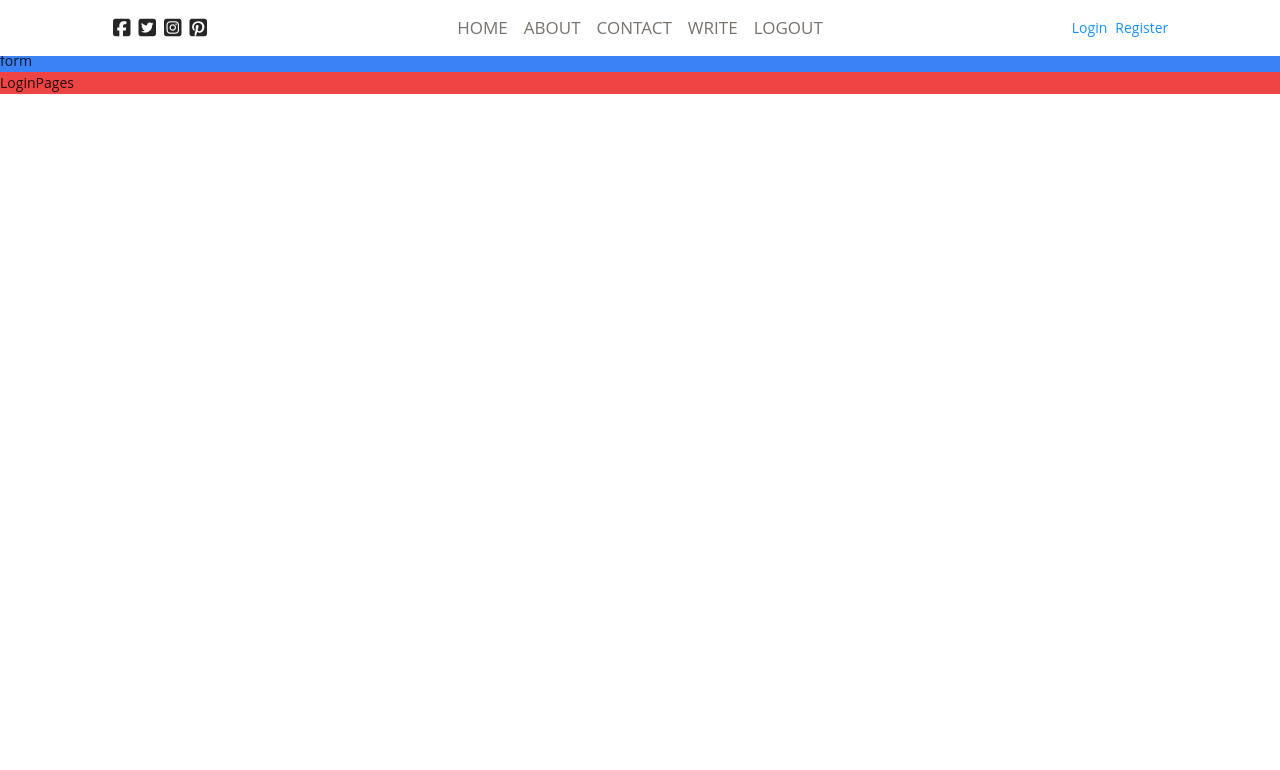
Repository: truongnguyenuit/Blog_App_ver2
Page: /login (app in client/)
An editor plug-in stored every save of this project. The page is shown before and after the next save, followed by the edit.
The browser window is 1280 px wide. The pictures show the whole page.
Some web libraries are served in a nearby version. The project was rebuilt for these pictures with package versions that can differ from the ones it lists, and the page was loaded fresh each time. Also part of the build but not shown: client/src/components/AboutComponent.js, client/src/pages/HomePage.js, client/src/pages/RegisterPage.js.

Above is the page before, as saved 2022-07-18 11:12:42.

### client/public/index.html
<!DOCTYPE html>
<html lang="en">
  <head>

    <meta charset="utf-8" />
    <meta name="viewport" content="width=device-width, initial-scale=1" />
    <meta
      name="description"
      content="Web site created using create-react-app"
    />
    <style>
      *{
        font-family: 'Open Sans', sans-serif;
        margin: 0;
      }
    </style>
    <script src="https://kit.fontawesome.com/cd2089affa.js" crossorigin="anonymous"></script>
    <title>Blog App</title>

  </head>
  <body>

    <noscript>You need to enable JavaScript to run this app.</noscript>
    <div id="root"></div>

  </body>
</html>

### client/src/index.js
import React from 'react';
import ReactDOM from 'react-dom/client';
import './index.css';
import App from './App';
import 'antd/dist/antd.min.css'


const root = ReactDOM.createRoot(document.getElementById('root'));
root.render(
  <React.StrictMode>
    <App />
  </React.StrictMode>
);

### client/src/App.js
import { BrowserRouter, Route, Routes } from "react-router-dom";
import { configRouter } from './router/configRouter';
import NavbarComponent from './components/NavbarComponent';
function App() {
  return (
    <div>
      <BrowserRouter>
        <div className="fixed top-0 left-0 right-0 z-10">
          <NavbarComponent />
        </div>
        <div className="mt-[50px]"></div>
        <Routes>
          {configRouter.map((item, index) => {
            return (
              <Route
                key={index}
                path={item.path}
                element={item.page}
              />
            );
          })}

        </Routes>

      </BrowserRouter>
    </div>
  );
}

export default App;

### client/src/router/configRouter.js
import HomePage from "../pages/HomePage";
import LoginPage from "../pages/LoginPage";
import RegisterPage from "../pages/RegisterPage";
import { pathName } from "./pathName";

export const configRouter=[
  {
    path: pathName.home,
    page: <HomePage/>,
  },
  {
    path: pathName.login,
    page: <LoginPage/>,
  },
  {
    path: pathName.register,
    page: <RegisterPage/>
  }
]

### client/src/components/NavbarComponent.js
import React from 'react'
import { Link } from "react-router-dom";
import { Row, Col } from "antd"
import { pathName } from '../router/pathName';

const NavigateRouter = [
  {
    path: "",
    name: "HOME",
  },
  {
    path: "",
    name: "ABOUT",
  },
  {
    path: "",
    name: "CONTACT",
  },
  {
    path: "",
    name: "WRITE",
  },
  {
    path: "",
    name: "LOGOUT",
  },
];

const NavbarComponent = () => {
  return (
    <div className="bg-white">
      <Row >

        <Col span={6} className="h-14">
          <div className="flex justify-center items-center text-[20px] gap-2 h-14">
            <i className="fa-brands fa-facebook-square cursor-pointer"></i>
            <i className="fa-brands fa-twitter-square cursor-pointer"></i>
            <i className="fa-brands fa-instagram-square cursor-pointer"></i>
            <i className="fa-brands fa-pinterest-square cursor-pointer"></i>
          </div>
        </Col>

        <Col span={12} className="h-14">
          <nav>
            <ul className="flex justify-center items-center text-[17px] gap-4 h-14">
              {NavigateRouter.map((item, index) => {
                return (
                  <li key={index}>
                    <Link to={item.path} className="text-stone-500 hover:text-stone-400">
                      {item.name}
                    </Link>
                  </li>
                );

              })}
            </ul>
          </nav>
        </Col>

        <Col span={6} className="h-14">
          <div className="flex justify-center items-center gap-2 h-14">
            <Link to={pathName.login}>
              Login
            </Link>
            <Link to={pathName.register}>
              Register
            </Link>
          </div>
        </Col>

      </Row>
    </div>
  )
}

export default NavbarComponent

### client/src/pages/LoginPage.js
import React from 'react'

const LoginPage = () => {
  return (
    <div className='bg-red-500'>
      <div className="bg-blue-500 w-[">
        form
      </div>
      LoginPages
    </div>
  )
}

export default LoginPage

### client/src/router/pathName.js
export const pathName = {
  home: "/",

  login: "/login",
  register: "/register",

}

### client/tailwind.config.js
/** @type {import('tailwindcss').Config} */
module.exports = {
  content: ["./src/**/*.{html,js,jsx,ts}"],
  theme: {
    extend: {},
  },
  plugins: [],
}

Loaded but not shown: client/src/index.css (common file)

After the next save:
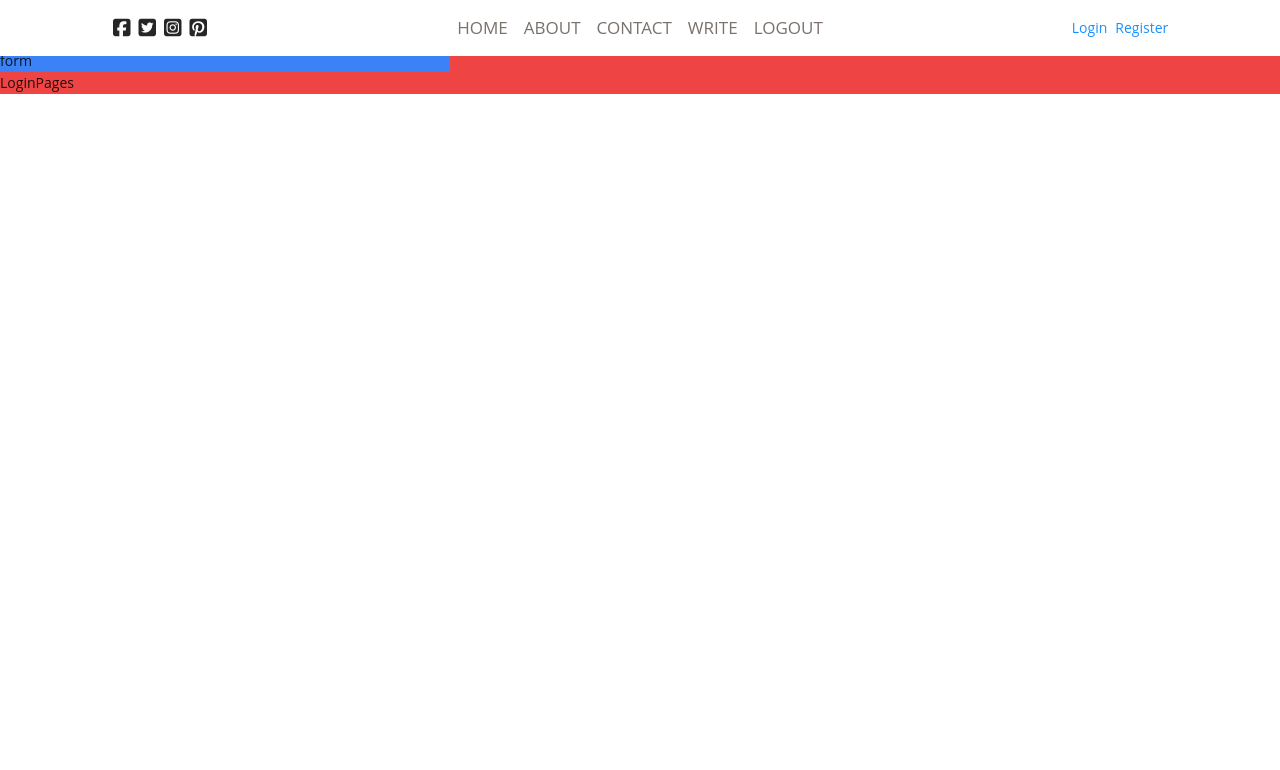
Saved 4 s later.
--- a/client/src/pages/LoginPage.js
+++ b/client/src/pages/LoginPage.js
@@ -3,7 +3,7 @@ import React from 'react'
 const LoginPage = () => {
   return (
     <div className='bg-red-500'>
-      <div className="bg-blue-500 w-[">
+      <div className="bg-blue-500 w-[450px]">
         form
       </div>
       LoginPages
